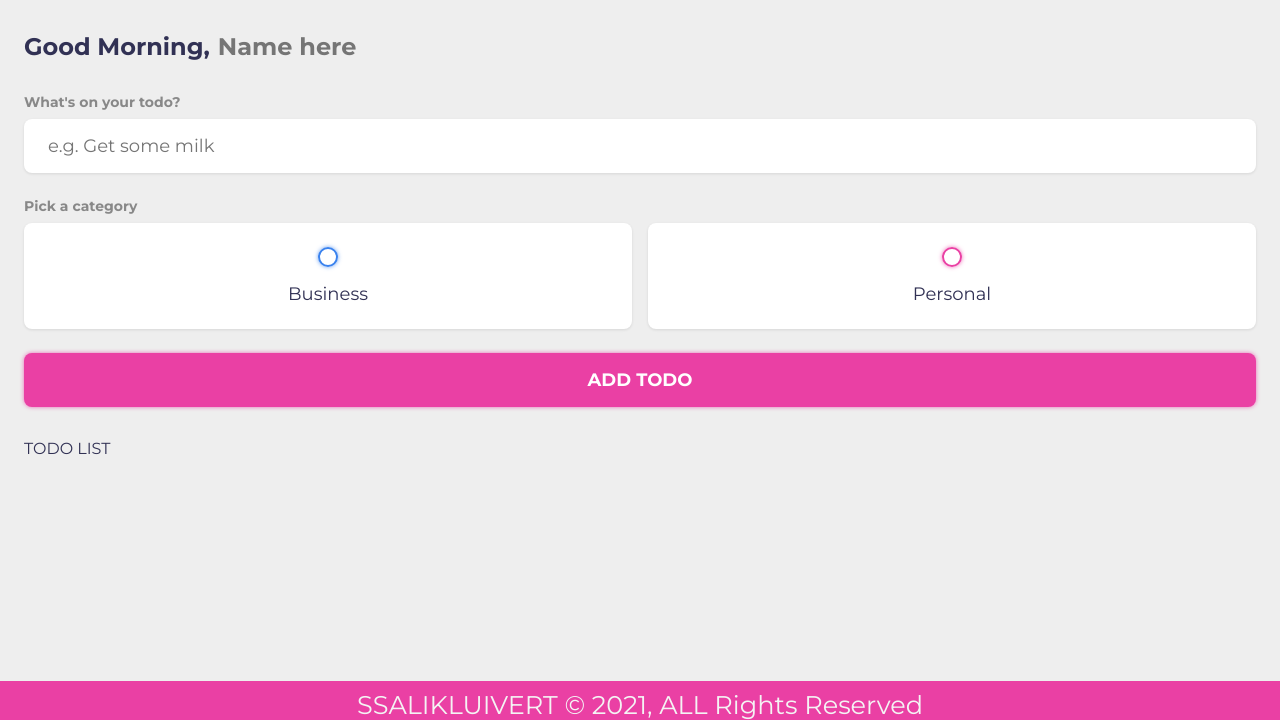
Repository: kluivert-ssali/kaDo_final
Page: index.html
The author's editor kept a copy of each file at every save. The page is drawn from the files as they stood at one save, then again after the next save.
The browser window is 1280 px wide. The pictures show the whole page.
Some web libraries are served in a nearby version.

Above is the page before, as saved 2023-06-11 21:26:33.

After the next save:
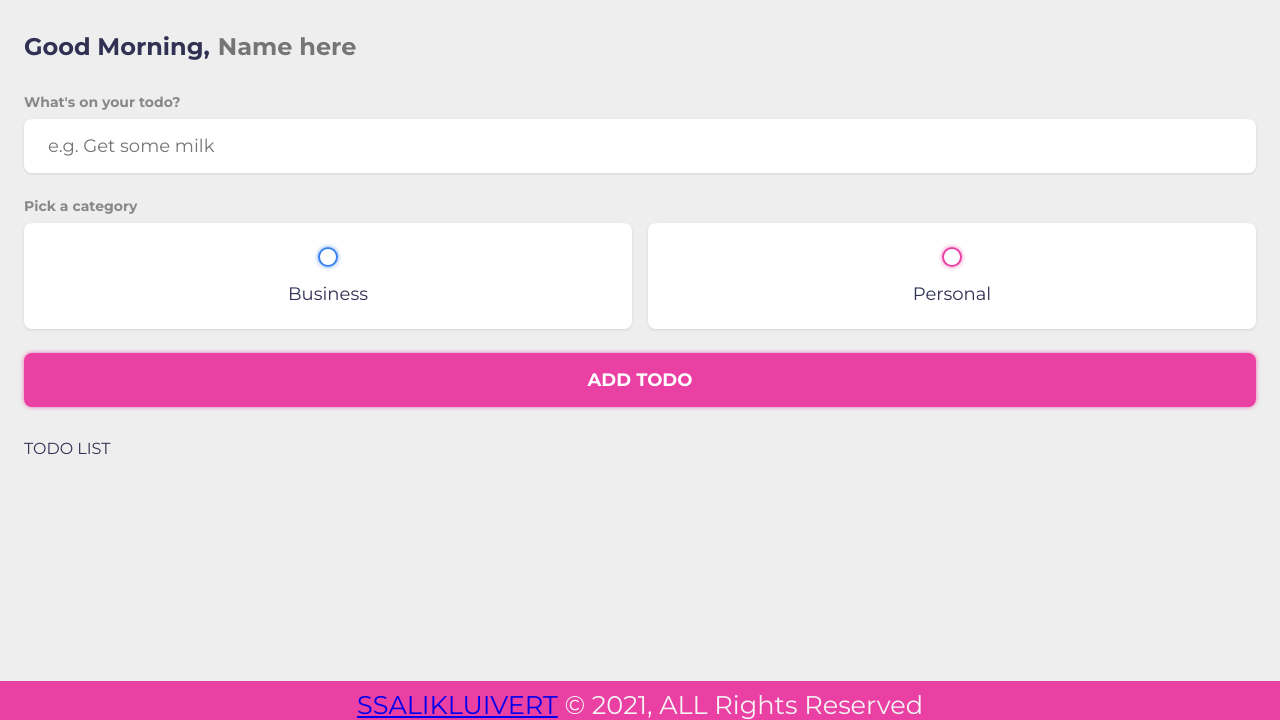
Saved 70 s later.
--- a/index.html
+++ b/index.html
@@ -88,7 +88,7 @@
     <!-- End of JS Import -->
     <footer class="footer">
       <p class="company-name">
-        <link href="https://kluivert-resume.netlify.app/">SSALIKLUIVERT</link>
+        <a href="https://kluivert-resume.netlify.app/">SSALIKLUIVERT</a>
         &copy; 2021, ALL Rights Reserved
       </p>
     </footer>
